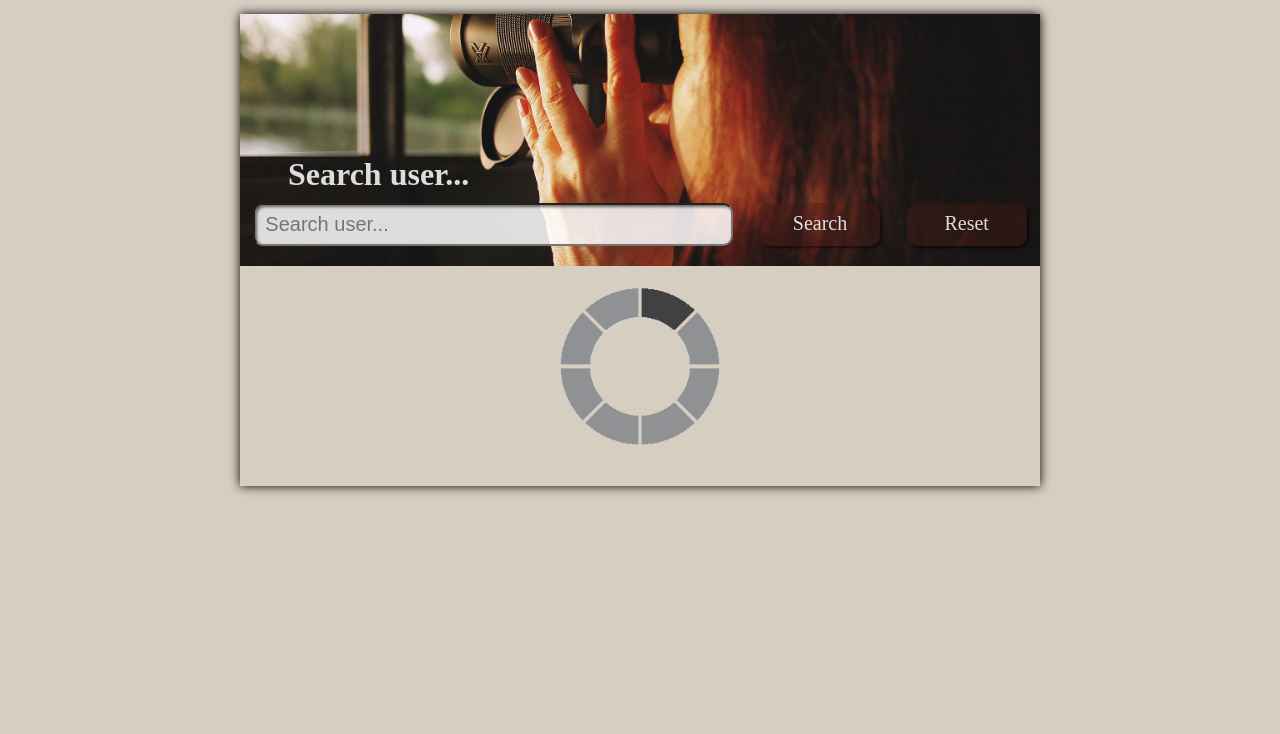
Repository: KrzysKolo/sr_tydzien5_zad4
Page: /
The author's editor kept a copy of each file at every save. The page is drawn from the files as they stood at one save, then again after the next save.
The browser window is 1280 px wide. The pictures show the whole page.
Some web fonts or font styles are not loaded; a fallback is used. The project was rebuilt for these pictures with package versions that can differ from the ones it lists, and the page was loaded fresh each time.

Above is the page before, as saved 2021-01-07 03:10:07.
Not found: users.jsona

After the next save:
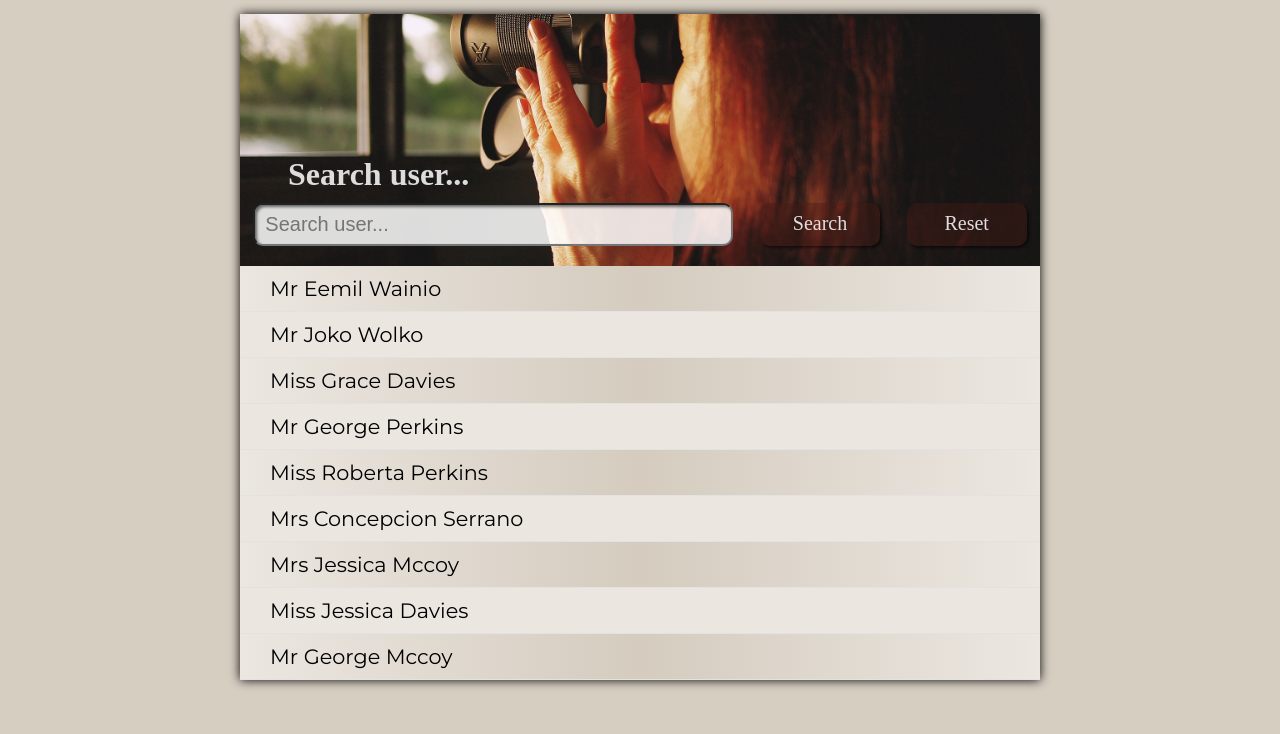
Saved 67 s later.
--- a/src/contexts/UserContext.js
+++ b/src/contexts/UserContext.js
@@ -4,7 +4,7 @@ export const UserContext = createContext();
 
 const UserContextProvider = (props) => {
 
-  const UsersAPI = '/users.jsona';
+  const UsersAPI = '/users.json';
 	const [users, setUsers ] = useState([]);
 
 	const [isLoading, setIsLoading] = useState(true);
